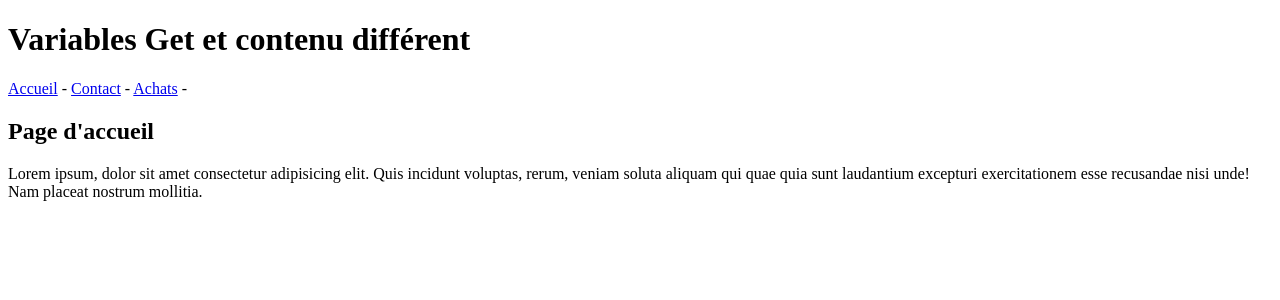
Repository: vicfir/base-php-2021
Page: http://localhost/11-variable-get-if.php?idpage=1
These files come from the project's save history. The page is drawn as it stood at one moment and after the next save; the edit follows.
The browser window is 1280 px wide. The pictures show the whole page.
The page is run by PHP 8.4 with error messages shown; the project is at /var/www/html/.

Above is the page before, as saved 2021-09-06 14:09:41.

After the next save:
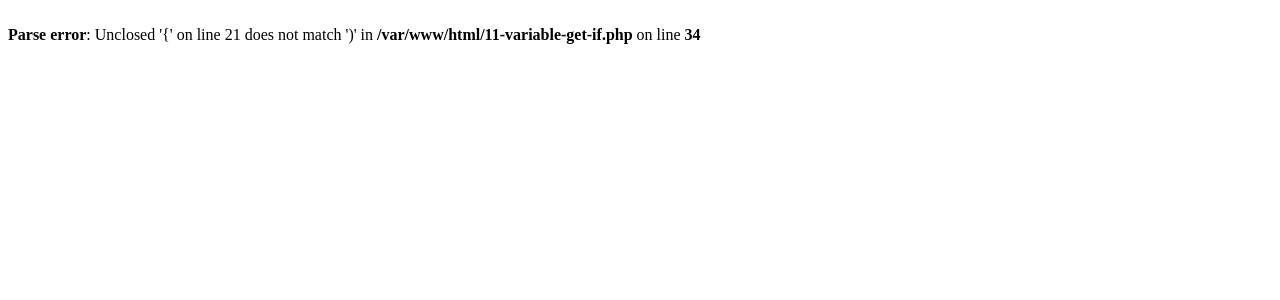
Saved 22 s later.
--- a/11-variable-get-if.php
+++ b/11-variable-get-if.php
@@ -31,7 +31,7 @@
             $title = $pages[3]["titre"];
             $texte = $pages[3]["texte"];
             break;
-        case isset($_GET["0"]):
+        case "0"):
             $title = $pages[1]["titre"];
             $texte = $pages[1]["texte"];
             break;

After the save that followed:
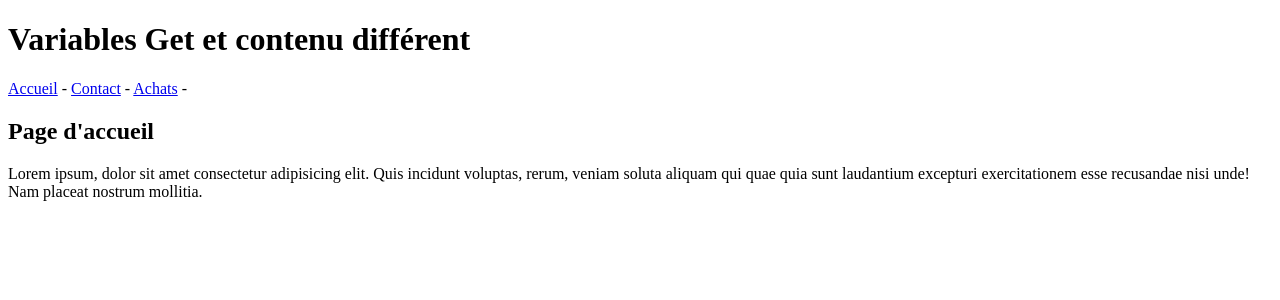
Saved 4 s later.
--- a/11-variable-get-if.php
+++ b/11-variable-get-if.php
@@ -31,7 +31,7 @@
             $title = $pages[3]["titre"];
             $texte = $pages[3]["texte"];
             break;
-        case "0"):
+        case "0":
             $title = $pages[1]["titre"];
             $texte = $pages[1]["texte"];
             break;
